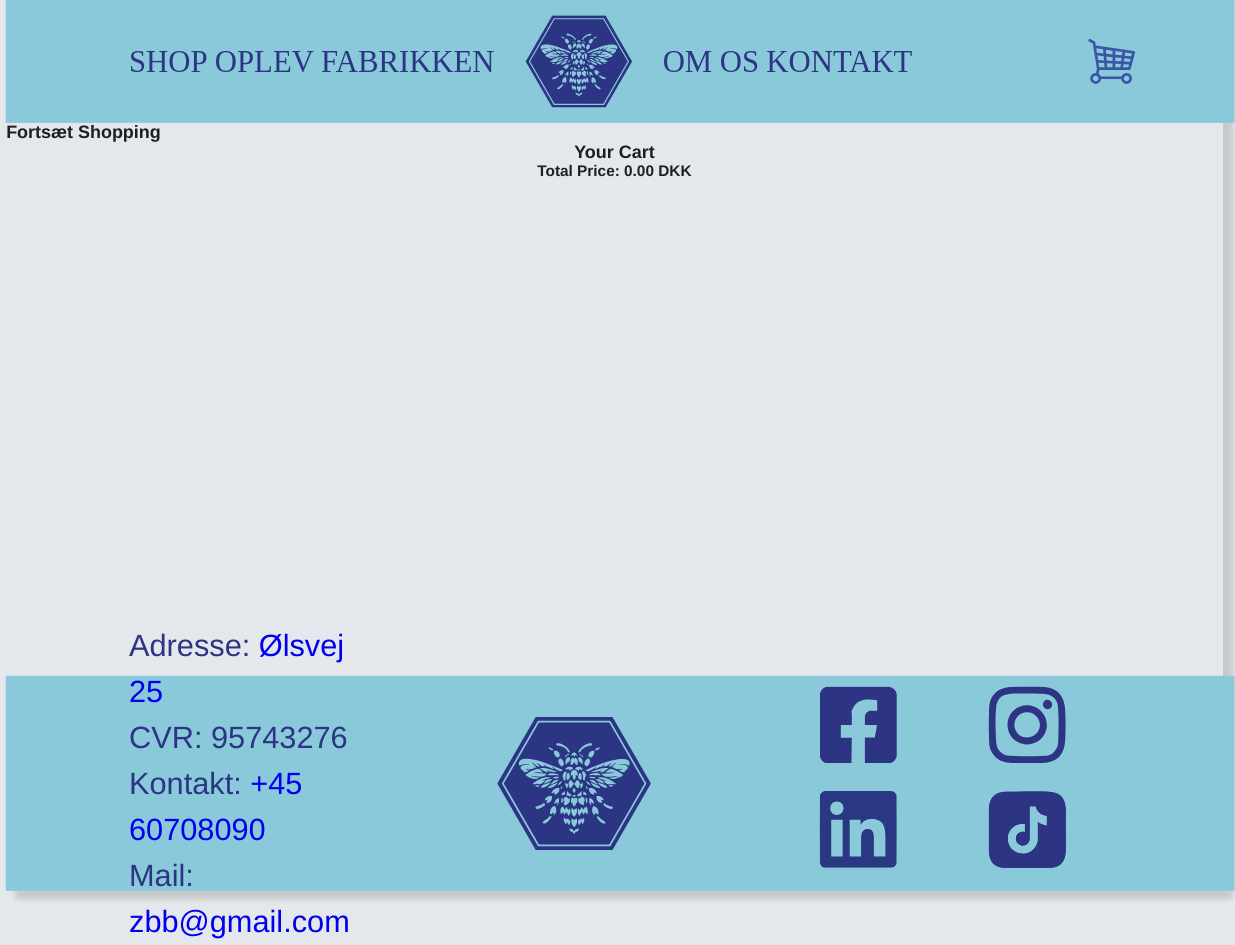
Repository: MiaAgnes/-zerobuzzbrew
Page: html/card.html
An editor plug-in stored every save of this project. The page is shown before and after a run of saves, followed by the edit.
The browser window is 1280 px wide. The page is 1286 px wide, so the pictures cover 1286 px, including what lies to the right of the window. The pictures show the whole page, at 96% of full size.

Above is the page before, as saved 2025-03-03 13:05:25.
Console error: TypeError: Cannot read properties of null (reading 'addEventListener')

After the next 2 saves:
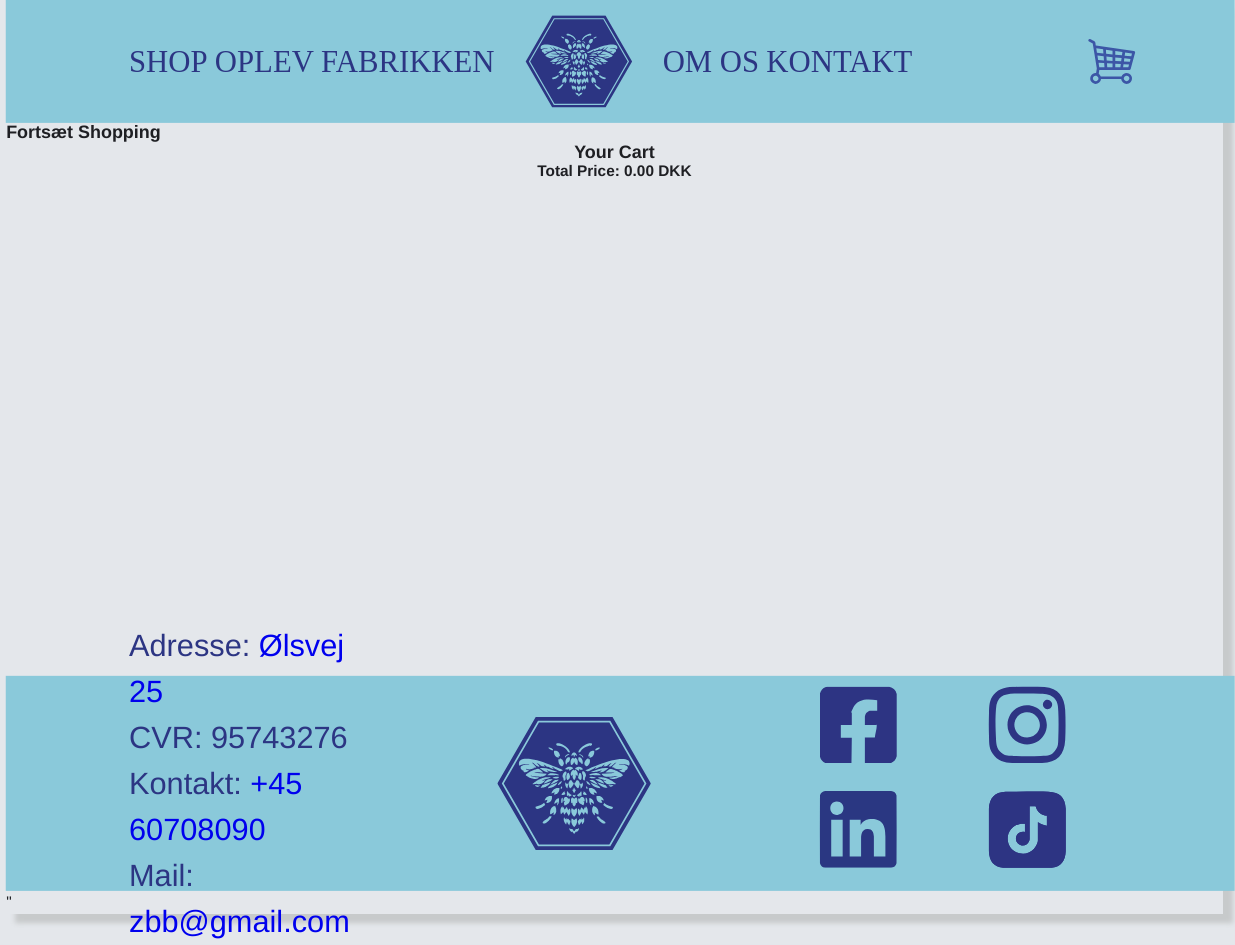
The 2 saves are shown as one change because they came seconds apart.
The last was saved 20 s later.
--- a/html/card.html
+++ b/html/card.html
@@ -93,6 +93,6 @@
 		</aside>
 	</footer>
 		<script src="js/script.js"></script>
-		<script>src="/js/card.js"</script>
+		<scriptsrc="/js/card.js>"</script>
 </body>
 </html>

After the 3 saves that followed:
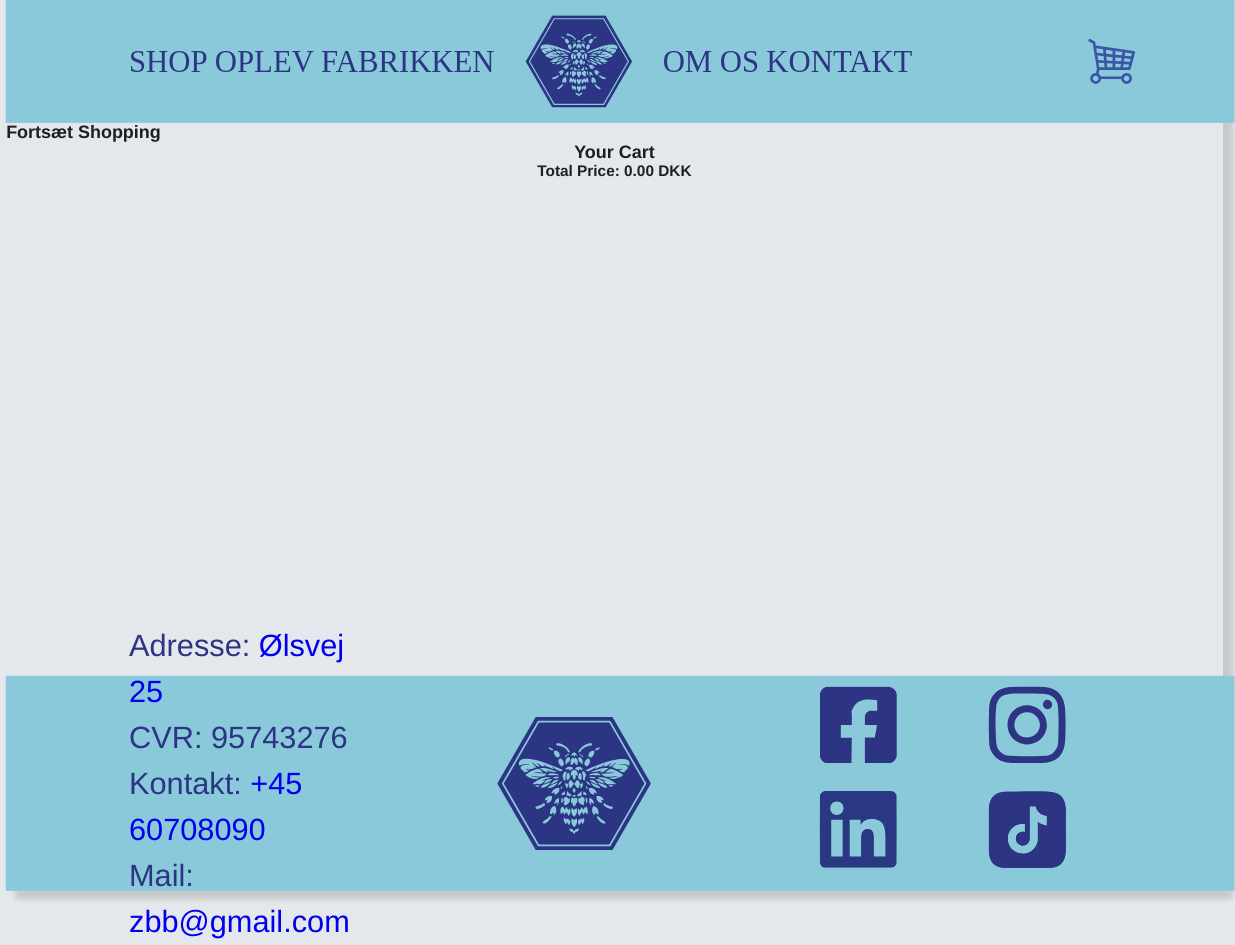
Not found: js/card.js>
The 3 saves are shown as one change because they came seconds apart.
The last was saved 6 s later.
--- a/html/card.html
+++ b/html/card.html
@@ -93,6 +93,6 @@
 		</aside>
 	</footer>
 		<script src="js/script.js"></script>
-		<scriptsrc="/js/card.js>"</script>
+		<script src="/js/card.js>"</script>
 </body>
 </html>
